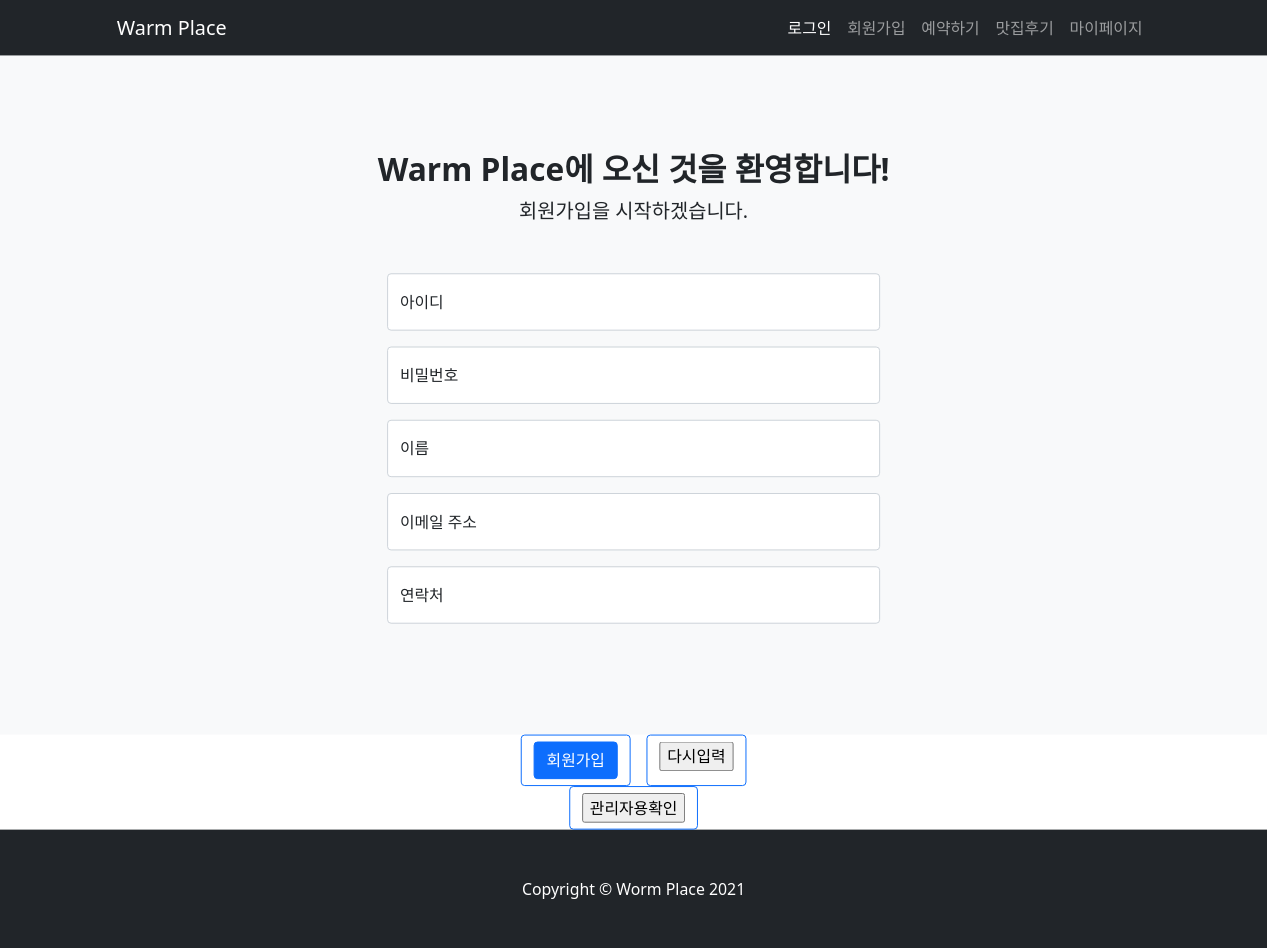
Repository: jaunnnngs/HackaTone
Page: http://localhost/StunProjects/St_Join/st_userJoin.jsp
The author's editor kept a copy of each file at every save. The page is drawn from the files as they stood at one save, then again after the next save.
The browser window is 1280 px wide. The pictures show the whole page, at 99% of full size.
Some web libraries are served in a nearby version. The page is served by Tomcat 9. Other server files are loaded and not shown.

Above is the page before, as saved 2021-08-02 07:42:01.

### STUN_TEAM/StunProjects/src/main/webapp/St_Join/st_userJoin.jsp
<%@ page language="java" contentType="text/html; charset=UTF-8" pageEncoding="UTF-8"%>

<!DOCTYPE html>
<html>
        <head>
        <meta charset="utf-8" />
        <meta name="viewport" content="width=device-width, initial-scale=1, shrink-to-fit=no" />
        <meta name="description" content="" />
        <meta name="author" content="" />
        <title>Warm Place_main</title>
        <!-- Favicon-->
        <link rel="icon" type="image/x-icon" href="assets/favicon.ico" />
        <!-- Bootstrap icons-->
        <link href="https://cdn.jsdelivr.net/npm/bootstrap-icons@1.4.1/font/bootstrap-icons.css" rel="stylesheet" />
        <!-- Core theme CSS (includes Bootstrap)-->
        <link href="css/styles.css" rel="stylesheet" />
    </head>
    <body>
    <form action="./st_userJoinAction.jsp"method="post">
   <%
	// 현재 세션 상태를 체크한다
	String userID = null;
	if (session.getAttribute("userID") != null) {
		userID = (String) session.getAttribute("userID");
	}
	%>

        <!-- Responsive navbar-->
        <nav class="navbar navbar-expand-lg navbar-dark bg-dark">
            <div class="container px-5">
                <a class="navbar-brand" href="../St_Join/main.jsp">Warm Place</a>
                <button class="navbar-toggler" type="button" data-bs-toggle="collapse" data-bs-target="#navbarSupportedContent" aria-controls="navbarSupportedContent" aria-expanded="false" aria-label="Toggle navigation"><span class="navbar-toggler-icon"></span></button>
                 <div class="collapse navbar-collapse" id="navbarSupportedContent">
                 <%
					// 로그인 하지 않았을 때 보여지는 화면
					if(userID == null){
				%>
                    <ul class="navbar-nav ms-auto mb-2 mb-lg-0">
                        <li class="nav-item"><a class="nav-link active" aria-current="page" href="../St_board/login.jsp">로그인</a></li>
                        <li class="nav-item"><a class="nav-link" href="../St_Join/st_userJoin.jsp">회원가입</a></li>
                        <li class="nav-item"><a class="nav-link" href="../St_Reservation/map.jsp">예약하기</a></li>
                        <li class="nav-item"><a class="nav-link" href="../St_board/bbs.jsp">맛집후기</a></li>
                        <li class="nav-item"><a class="nav-link" href="#!">마이페이지</a></li>
                    </ul>
				<%
				// 로그인이 되어 있는 상태에서 보여주는 화면
					}else{
				%>
                    <ul class="navbar-nav ms-auto mb-2 mb-lg-0">
                        <li class="nav-item"><a class="nav-link active" aria-current="page" href="../St_board/logoutAction.jsp">로그아웃</a></li>
                        <li class="nav-item"><a class="nav-link" href="../St_Join/st_userJoin.jsp">회원가입</a></li>
                        <li class="nav-item"><a class="nav-link" href="../St_Reservation/map.jsp">예약하기</a></li>
                        <li class="nav-item"><a class="nav-link" href="../St_board/bbs.jsp">맛집후기</a></li>
                        <li class="nav-item"><a class="nav-link" href="#!">마이페이지</a></li>
                    </ul>
                    <%
				}
			%>
                </div>
            </div>
        </nav>
	    <!-- 회원가입 섹션-->
       <section class="bg-light py-5">
            <div class="container px-5 my-5 px-5">
                <div class="text-center mb-5">
                    <h2 class="fw-bolder">Warm Place에 오신 것을 환영합니다!</h2>
                    <p class="lead mb-0">회원가입을 시작하겠습니다.</p>
                </div>
                <div class="row gx-5 justify-content-center">
                    <div class="col-lg-6">
                        <!-- * * * * * * * * * * * * * * *-->
                        <!-- * * SB Forms Contact Form * *-->
                        <!-- * * * * * * * * * * * * * * *-->
                        <!-- This form is pre-integrated with SB Forms.-->
                        <!-- To make this form functional, sign up at-->
                        <!-- https://startbootstrap.com/solution/contact-forms-->
                        <!-- to get an API token!-->
                        <form id="contactForm" data-sb-form-api-token="API_TOKEN">
                            <!-- userID input-->
                            <div class="form-floating mb-3">
                                 <input class="form-control" name="userID" id="userID" type="text" placeholder="Enter your ID..." data-sb-validations="required" />
                                 <label for="userID">아이디</label>
                                <div class="invalid-feedback" data-sb-feedback="userID:required">A userID is required.</div>
                            </div>
                            <!-- userPassword input-->
                            <div class="form-floating mb-3">
                                <input class="form-control" name="userPassword" id="userPassword" type="password" placeholder="Enter your password..." data-sb-validations="required,email" />
                                <label for="userPassword">비밀번호</label>
                                <div class="invalid-feedback" data-sb-feedback="password:required">A password is required.</div>
                                <div class="invalid-feedback" data-sb-feedback="password:password">Password is not valid.</div>
                            </div>
                            <!-- Name input-->
                            <div class="form-floating mb-3">
                                <input class="form-control" name="name" id="name" type="text" placeholder="Enter your name..." data-sb-validations="required" />
                                <label for="name">이름</label>
                                <div class="invalid-feedback" data-sb-feedback="name:required">A name is required.</div>
                            </div>
                            <!-- Email address input-->
                            <div class="form-floating mb-3">
                                <input class="form-control" name="email" id="email" type="email" placeholder="name@example.com" data-sb-validations="required,email" />
                                <label for="email">이메일 주소</label>
                                <div class="invalid-feedback" data-sb-feedback="email:required">An email is required.</div>
                                <div class="invalid-feedback" data-sb-feedback="email:email">Email is not valid.</div>
                            </div>

                            <!-- Phone number input-->
                            <div class="form-floating mb-3">
                                <input class="form-control" name="number" id="phonenumber" type="phonenumber" placeholder="(123) 456-7890" data-sb-validations="required" />
                                <label for="phonenumber">연락처</label>
                                <div class="invalid-feedback" data-sb-feedback="phonenumber:required">A phone number is required.</div>
                            </div>
                           </form>
                            </div>
                            </div>
                            </div>
                            </section>

                            <!-- 제출 성공시 뜨는 메세지-->
                            <!---->
                            <!-- This is what your users will see when the form-->
                            <!-- has successfully submitted-->
                            <div class="d-none" id="submitSuccessMessage">
                                <div class="text-center mb-3">
                                    <div class="fw-bolder">Form submission successful!</div>
                                    To activate this form, sign up at
                                    <br />
                                    <a href="https://startbootstrap.com/solution/contact-forms">https://startbootstrap.com/solution/contact-forms</a>
                                </div>
                            </div>
                            <!-- 제출 에러 메세지-->
                            <!---->
                            <!-- This is what your users will see when there is-->
                            <!-- an error submitting the form-->
                            <div class="d-none" id="submitErrorMessage"><div class="text-center text-danger mb-3">Error sending message!</div></div>
                            <!--마지막 버튼!  -->
                            <div class="d-grid gap-3 d-sm-flex justify-content-sm-center">
							<a class="btn btn-outline-primary"><input class="btn btn-primary" type="submit" value="회원가입"></a>
							<a class="btn btn-outline-primary"><input type="reset" value="다시입력"></a></div>

		</form>





     <!-- 디비확인용 버튼 -->
     <form action="./UseStunDB.jsp" method="post">
     <div class="d-grid gap-3 d-sm-flex justify-content-sm-center">
     <a class="btn btn-outline-primary"><input type="submit" value="관리자용확인"></a></div>
	 </form>


    <!-- 하단화면r-->

        <footer class="py-5 bg-dark">
            <div class="container px-5"><p class="m-0 text-center text-white">Copyright &copy; Worm Place 2021</p></div>
        </footer>
        <!-- Bootstrap core JS-->
        <script src="https://cdn.jsdelivr.net/npm/bootstrap@5.0.2/dist/js/bootstrap.bundle.min.js"></script>
        <!-- Core theme JS-->
        <script src="js/scripts.js"></script>
        <!-- * * * * * * * * * * * * * * * * * * * * * * * * * * * * * * * * * * * * * * * *-->
        <!-- * *                               SB Forms JS                               * *-->
        <!-- * * Activate your form at https://startbootstrap.com/solution/contact-forms * *-->
        <!-- * * * * * * * * * * * * * * * * * * * * * * * * * * * * * * * * * * * * * * * *-->
        <script src="https://cdn.startbootstrap.com/sb-forms-latest.js"></script>
    </body>

### STUN_TEAM/StunProjects/src/main/webapp/St_Join/js/scripts.js
/*!
* Start Bootstrap - Business Frontpage v5.0.3 (https://startbootstrap.com/template/business-frontpage)
* Copyright 2013-2021 Start Bootstrap
* Licensed under MIT (https://github.com/StartBootstrap/startbootstrap-business-frontpage/blob/master/LICENSE)
*/
// This file is intentionally blank
// Use this file to add JavaScript to your project

Loaded but not shown: STUN_TEAM/StunProjects/src/main/webapp/St_Join/css/styles.css (library)

After the next save:
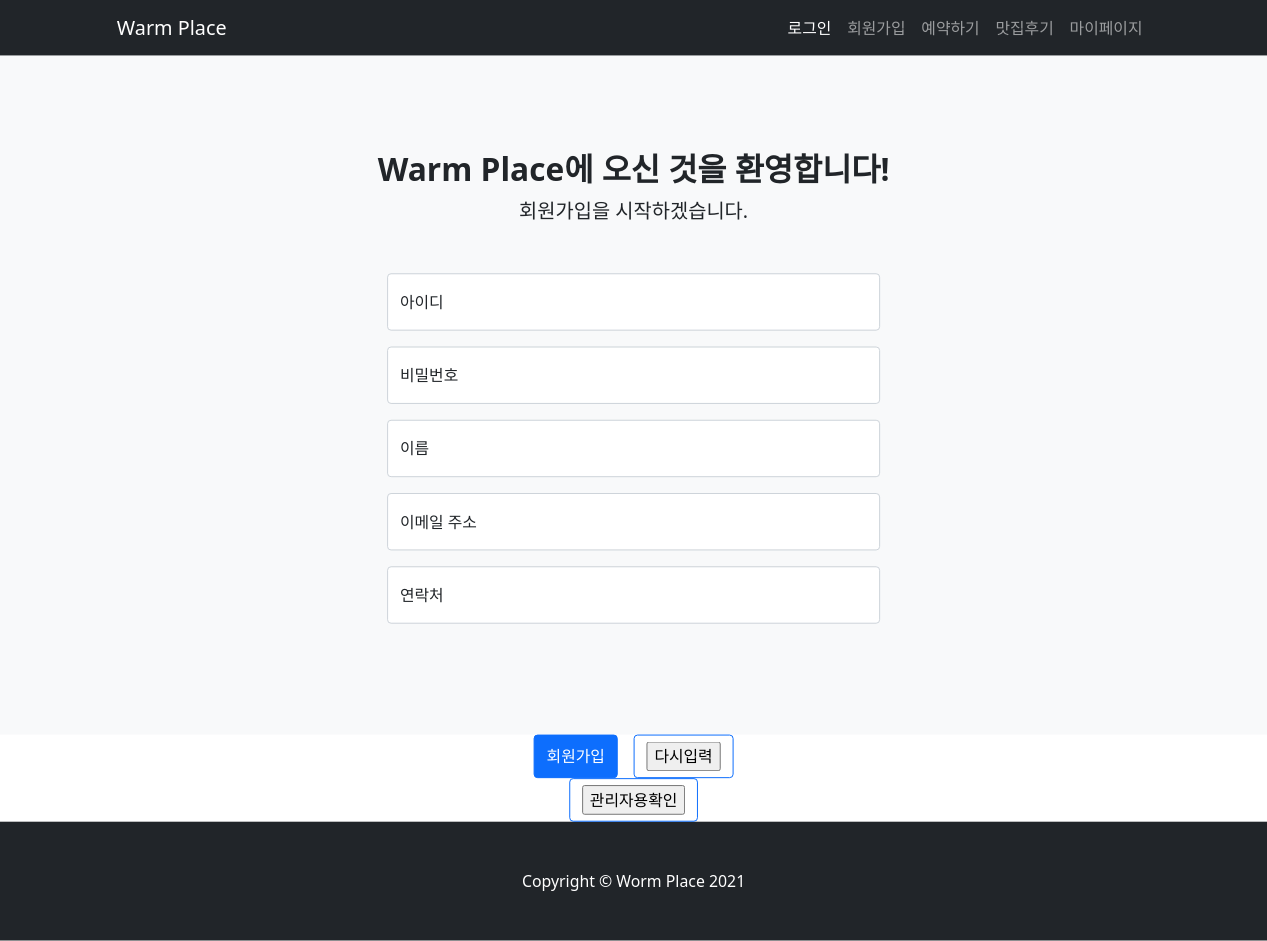
Saved 26 s later.
--- a/STUN_TEAM/StunProjects/src/main/webapp/St_Join/st_userJoin.jsp
+++ b/STUN_TEAM/StunProjects/src/main/webapp/St_Join/st_userJoin.jsp
@@ -134,7 +134,7 @@
                             <div class="d-none" id="submitErrorMessage"><div class="text-center text-danger mb-3">Error sending message!</div></div>
                             <!--마지막 버튼!  -->
                             <div class="d-grid gap-3 d-sm-flex justify-content-sm-center">
-							<a class="btn btn-outline-primary"><input class="btn btn-primary" type="submit" value="회원가입"></a>
+							<!--  <a class="btn btn-outline-primary">--><input class="btn btn-primary" type="submit" value="회원가입"></a>
 							<a class="btn btn-outline-primary"><input type="reset" value="다시입력"></a></div>
 
 		</form>
